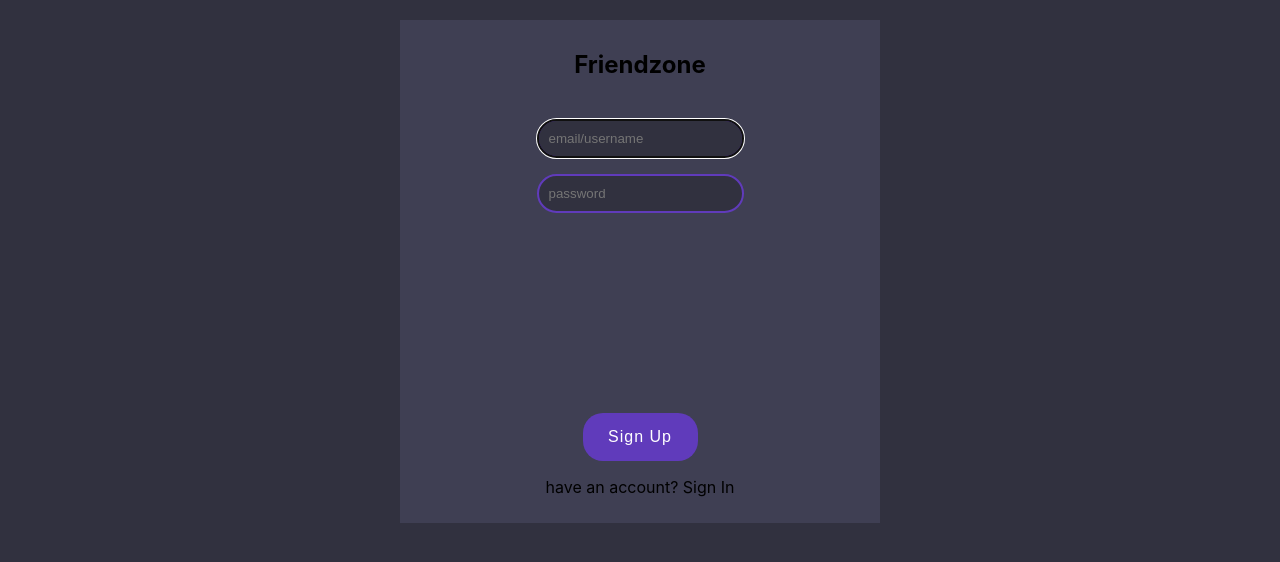
Repository: DerickT02/friend-zone
Page: /
The author's editor kept a copy of each file at every save. The page is drawn from the files as they stood at one save, then again after the next save.
The browser window is 1280 px wide. The pictures show the whole page.
The project was rebuilt for these pictures with package versions that can differ from the ones it lists, and the page was loaded fresh each time. Also part of the build but not shown: src/Appreducer.js, src/GlobalState.js, src/Post.js, src/Homepage.js, src/fire.js.

Above is the page before, as saved 2021-07-07 08:02:31.

### src/index.js
import React from 'react';
import ReactDOM from 'react-dom';
import './index.css';
import App from './App';


ReactDOM.render(

    <App />,
  document.getElementById('root')
);

// If you want to start measuring performance in your app, pass a function
// to log results (for example: reportWebVitals(console.log))
// or send to an analytics endpoint. Learn more: https://bit.ly/CRA-vitals

### src/index.css
body {
  margin: 0;
  font-family: -apple-system, BlinkMacSystemFont, 'Segoe UI', 'Roboto', 'Oxygen',
    'Ubuntu', 'Cantarell', 'Fira Sans', 'Droid Sans', 'Helvetica Neue',
    sans-serif;
  -webkit-font-smoothing: antialiased;
  -moz-osx-font-smoothing: grayscale;
  background-color: rgb(49, 49, 63);

}

code {
  font-family: source-code-pro, Menlo, Monaco, Consolas, 'Courier New',
    monospace;
}

### src/App.js
import React, { Component, useState, useEffect } from 'react'
import { BrowserRouter, Switch, Link, Route, Redirect, Router} from 'react-router-dom'
import Login from './Login'
import Homepage from './Homepage'
import './App.css'

import fire from './fire'
import GlobalProvider from './GlobalState'

function App() {
  const [user, setUser] = useState('')
  const [email, setEmail] = useState('')
  const [password, setPassword] = useState('')
  const [emailError, setEmailError] = useState('')
  const [passwordError, setPasswordError] = useState('')
  const [hasAccount, setHasAccount] = useState(false)

const clearInputs = () => {
  setEmail('')
  setPassword('')
}

const clearErrors = () => {
  setEmailError('');
  setPasswordError('')
}

const handleLogin = () => {
  clearErrors()
  fire
  .auth()
  .signInWithEmailAndPassword(email, password)
  .catch(err => {
      switch(err.code){
          case 'auth/invalid-email':
          case 'auth/user-disabled':
          case 'auth/user-not-found':
              setEmailError(err.message)
              break;
          case 'auth/wrong-password':
              setPasswordError(err.message)
              break
      }
  })
}

const handleSignup = () => {
  clearErrors()
  fire
  .auth()
  .createUserWithEmailAndPassword(email, password)
  .catch(err => {
      switch(err.code){
          case 'auth/email-already-in-use':
          case 'auth/invalid-email':
          setEmailError(err.message);
          break;

          case 'auth/weak-password':
          setPasswordError(err.message)
      }
  })
}

const handleLogout = () => {
  fire
  .auth()
  .signOut()
}

const authListener = () => {
  fire.auth().onAuthStateChanged((user) => {
    if(user){
      clearInputs()
      setUser(user)
    }
    else {
        setUser('')
    }
  })
}

useEffect(() => {
  authListener()
}, [])

  return (
    <div className="App">
    {user ? (
      <BrowserRouter>
      <GlobalProvider>
      <Switch>
        <Route exact path = '/'><Redirect to = "/homepage"/></Route>
        <Route exact path = '/homepage'><Homepage handleLogout = {handleLogout}/></Route>
      </Switch>
      </GlobalProvider>
     </BrowserRouter>
    ) : (

      <BrowserRouter>
      <Switch>
      <Route exact path = '/homepage'><Redirect to = "/" /></Route>
        <Route><Login email = {email}
            setEmail = {setEmail}
            password = {password}
            setPassword={setPassword}
            handleLogin={handleLogin}
            handleSignup={handleSignup}
            hasAccount={hasAccount}
            setHasAccount={setHasAccount}
            emailError={emailError}
            passwordError={passwordError} /></Route>
      </Switch>
      </BrowserRouter>
    )}

    </div>
  );
}

export default App;

### src/Login.js
import React, { Component, useState, useEffect } from 'react'
import './Login.css'
import {Link} from 'react-router-dom'

const Login = (props) => {
    const {email, setEmail, password, setPassword, handleLogin, handleSignup, hasAccount, setHasAccount, emailError, passwordError} = props
    return (
        <section className = "login">
        <div className="loginContainer" >

<h1>Friendzone</h1>


<div className = 'inputContainer'>
<input placeholder = 'email/username' type ="text" autoFocus required value = {email} onChange={(e) => setEmail(e.target.value)}/>
<p className ="errorMsg">{emailError}</p>

<input placeholder = 'password' type ="password" required value = {password} onChange={(e) => setPassword(e.target.value)} />
<p className = "errorMsg">{passwordError}</p>
</div>

<div className="btnContainer">

    {hasAccount ? (
        <div>
       <button type = "submit" onClick = {handleLogin}>Sign in</button>
        <p>Don't have an account? <span onClick ={() => setHasAccount(!hasAccount)}>Sign Up</span></p>
        </div>
    ):(
        <div>
        <button type = "submit" onClick={handleSignup}>Sign Up</button>
        <p>have an account? <span onClick = {() => setHasAccount(!hasAccount)}>Sign In</span></p>
        </div>
    )}

</div>
</div>
</section>





    )
}


export default Login

### src/Login.css
* {
  box-sizing: border-box;
}


.login .loginContainer {
 background-color: rgb(63, 63, 83);
 padding: 10px;
 margin-left: 400px;
 margin-right:400px;
 margin-top: 20px ;
}

.login .loginContainer .inputContainer{
  padding-top: 20px;
}

.login .loginContainer input {

  border: 2px solid #603bbb;
  width: 45%;
  padding: 10px;
  background-color: rgb(49, 49, 63);
  border-radius: 20px;
  color: white;
}




.btnContainer {
  margin-top: 200px;
}


.btnContainer button {
  border: none;
  border-radius: 20px;
  outline: none;
  width: 25%;
  padding: 15px 0;
  color: #fff;
  font-size: 16px;
  letter-spacing: 1px;
  background: #603bbb;
  cursor: pointer;
}

Loaded but not shown: public/index.html (common file); src/App.css (common file)

After the next save:
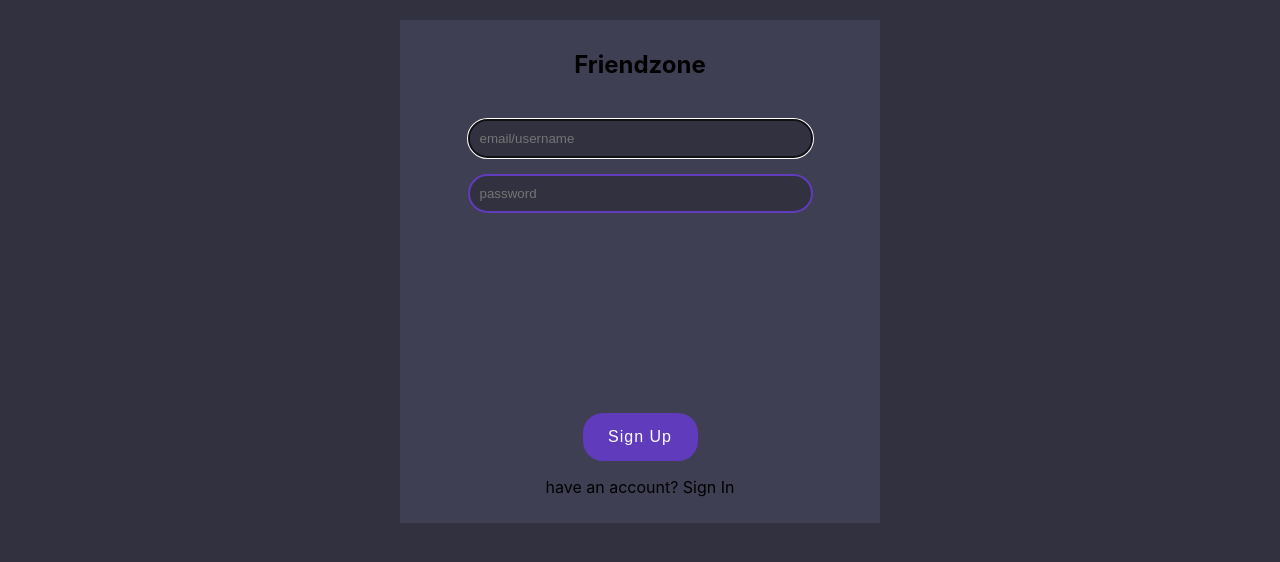
Saved 20 s later.
--- a/src/Login.css
+++ b/src/Login.css
@@ -18,7 +18,7 @@
 .login .loginContainer input {
 
   border: 2px solid #603bbb;
-  width: 45%;
+  width: 75%;
   padding: 10px;
   background-color: rgb(49, 49, 63);
   border-radius: 20px;
